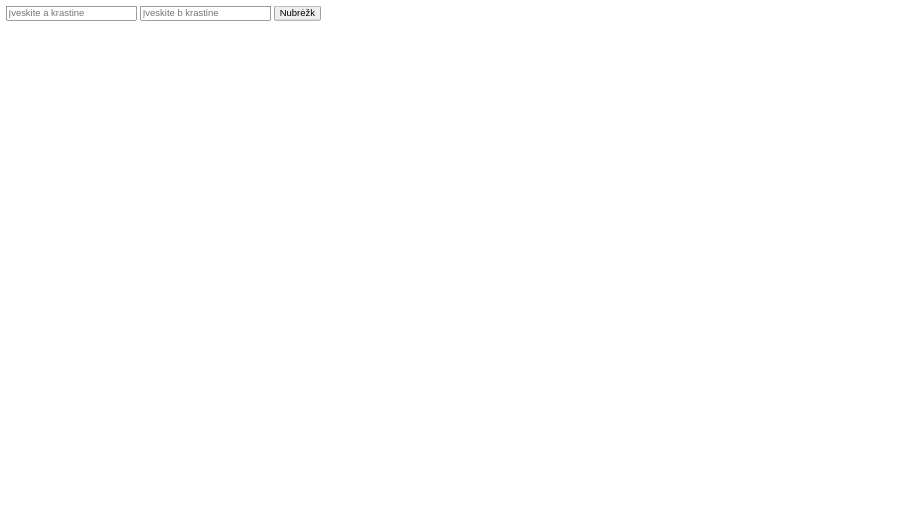
Repository: motiejus1/10-paskaita-JS
Page: index.html
An editor plug-in stored every save of this project. The page is shown before and after the next save, followed by the edit.
The browser window is 1280 px wide. The pictures show the whole page, at 71% of full size.

Above is the page before, as saved 2021-06-22 11:52:14.

After the next save:
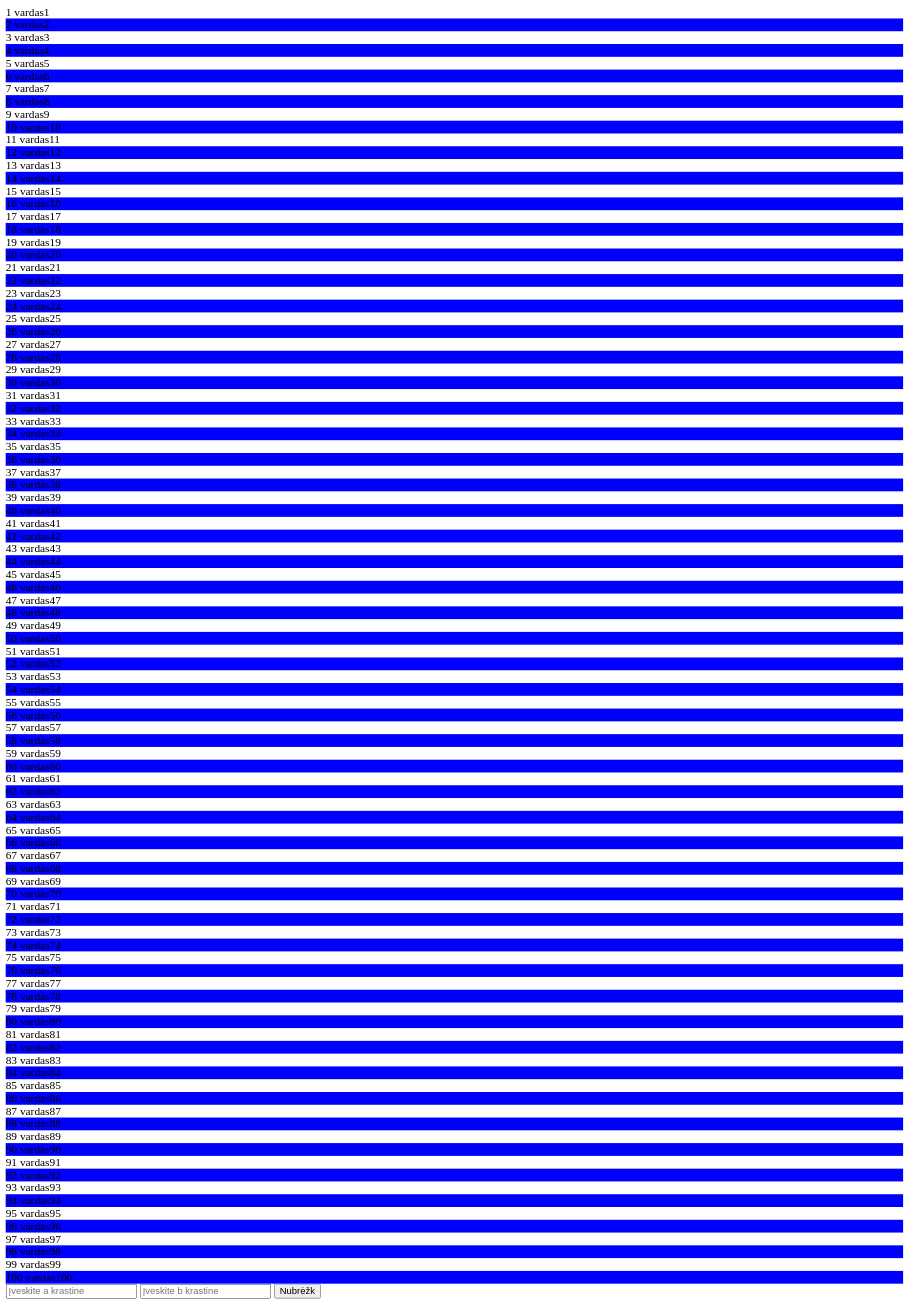
Saved 24 s later.
--- a/script.js
+++ b/script.js
@@ -19,9 +19,9 @@ for (let i=0; i<100; i++) {
     };
     masyvas[i]=objektas; // i => objekta
 
-    // let div = document.createElement("div");
-    // div.innerHTML = objektas.id + " " + objektas.vardas;
-    // document.querySelector(".container").appendChild(div);
+    let div = document.createElement("div");
+    div.innerHTML = objektas.id + " " + objektas.vardas;
+    document.querySelector(".container").appendChild(div);
 
     // console.log(Object.keys(objektas));
 }
